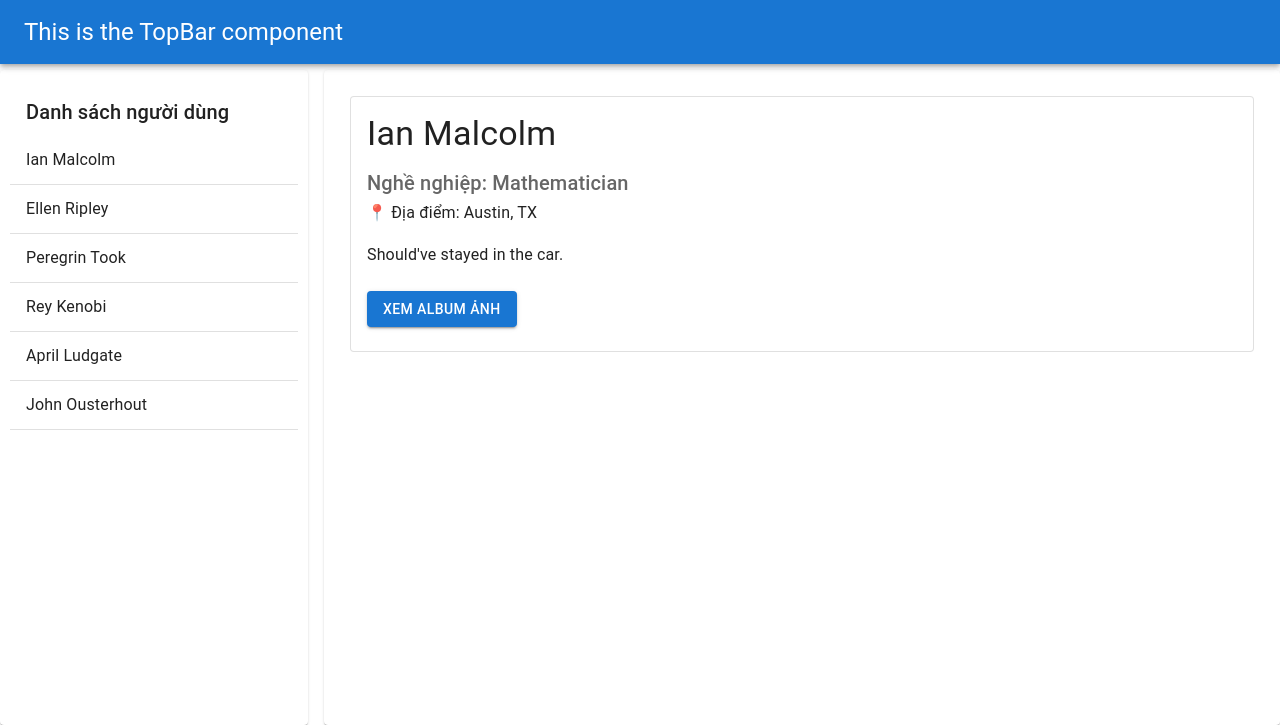
Repository: RubyScarIet/TruocKetThucLab2
Page: /users/57231f1a30e4351f4e9f4bd7
An editor plug-in stored every save of this project. The page is shown before and after the next save, followed by the edit.
The browser window is 1280 px wide. The pictures show the whole page.
The project was rebuilt for these pictures with package versions that can differ from the ones it lists, and the page was loaded fresh each time. Also part of the build but not shown: src/modelData/models.js, src/components/UserPhotos/index.jsx.

Above is the page before, as saved 2026-04-05 08:44:22.

### src/App.js
import './App.css';

import React from "react";
import { Grid, Typography, Paper } from "@mui/material";
import { BrowserRouter as Router, Route, Routes } from "react-router-dom";

import TopBar from "./components/TopBar";
import UserDetail from "./components/UserDetail";
import UserList from "./components/UserList";
import UserPhotos from "./components/UserPhotos";

const App = (props) => {
  return (
      <Router>
        <div>
          <Grid container spacing={2}>
            <Grid item xs={12}>
              <TopBar />
            </Grid>
            <div className="main-topbar-buffer" />
            <Grid item sm={3}>
              <Paper className="main-grid-item">
                <UserList />
              </Paper>
            </Grid>
            <Grid item sm={9}>
              <Paper className="main-grid-item">
                <Routes>
                  <Route
                      path="/users/:userId"
                      element = {<UserDetail />}
                  />
                  <Route
                      path="/photos/:userId"
                      element = {<UserPhotos />}
                  />
                  <Route path="/users" element={<UserList />} />
                </Routes>
              </Paper>
            </Grid>
          </Grid>
        </div>
      </Router>
  );
}

export default App;

### src/App.css
.main-topbar-buffer {
  margin-top: 70px;
}

.main-grid-item {
  height: calc(100vh - 85px);
  padding: 10px;
}

### src/components/TopBar/index.jsx
import React from "react";
import { AppBar, Toolbar, Typography } from "@mui/material";

import "./styles.css";

/**
 * Define TopBar, a React component of Project 4.
 */
function TopBar () {
    return (
      <AppBar className="topbar-appBar" position="absolute">
        <Toolbar>
          <Typography variant="h5" color="inherit">
            This is the TopBar component
          </Typography>
        </Toolbar>
      </AppBar>
    );
}

export default TopBar;

### src/components/UserDetail/index.jsx
import React from "react";
import { Typography, Button, Card, CardContent, Box } from "@mui/material";
import { Link, useParams } from "react-router-dom";

import "./styles.css";
import models from "../../modelData/models";

/**
 * Define UserDetail, a React component of Project 4.
 */
function UserDetail() {
  // 1. Lấy userId từ URL (ví dụ: /users/650...)
  const { userId } = useParams();

  // 2. Lấy dữ liệu chi tiết của người dùng từ model
  const user = models.userModel(userId);

  // Trường hợp không tìm thấy user (phòng lỗi deep link sai ID)
  if (!user) {
    return <Typography variant="h6">Không tìm thấy thông tin người dùng.</Typography>;
  }

  return (
    <Box sx={{ p: 2 }}>
      <Card variant="outlined">
        <CardContent>
          {/* Hiển thị Tên đầy đủ */}
          <Typography variant="h4" gutterBottom>
            {`${user.first_name} ${user.last_name}`}
          </Typography>

          {/* Hiển thị Nghề nghiệp và Địa chỉ */}
          <Typography variant="h6" color="text.secondary">
            Nghề nghiệp: {user.occupation}
          </Typography>
          <Typography variant="subtitle1" sx={{ mb: 2 }}>
            📍 Địa điểm: {user.location}
          </Typography>

          {/* Hiển thị Mô tả bản thân */}
          <Typography variant="body1" sx={{ whiteSpace: "pre-line", mb: 3 }}>
            {user.description}
          </Typography>

          {/* Nút bấm để xem ảnh của người này - Yêu cầu quan trọng của bài Lab */}
          <Button
            variant="contained"
            color="primary"
            component={Link}
            to={`/photos/${userId}`}
          >
            Xem Album Ảnh
          </Button>
        </CardContent>
      </Card>
    </Box>
  );
}

export default UserDetail;

### src/components/UserList/index.jsx
import React from "react";
import {
  Divider,
  List,
  ListItem,
  ListItemText,
  Typography,
} from "@mui/material";
import { Link } from "react-router-dom"; // Import Link để điều hướng [cite: 20]

import "./styles.css";
import models from "../../modelData/models";

/**
 * Define UserList, a React component of Project 4.
 */
function UserList() {
  // Lấy danh sách người dùng từ model data [cite: 68]
  const users = models.userListModel();

  return (
    <div>
      <Typography variant="h6" style={{ padding: "16px", paddingBottom: "0" }}>
        Danh sách người dùng
      </Typography>
      <List component="nav">
        {users.map((item) => (
          <React.Fragment key={item._id}>
            {/* - component={Link}: Biến ListItem thành thẻ <a> của React Router [cite: 30]
              - to: Đường dẫn đích dựa trên ID của người dùng [cite: 19]
            */}
            <ListItem button component={Link} to={`/users/${item._id}`}>
              <ListItemText
                primary={`${item.first_name} ${item.last_name}`}
              />
            </ListItem>
            <Divider />
          </React.Fragment>
        ))}
      </List>
    </div>
  );
}

export default UserList;

### src/components/TopBar/styles.css
.topbar-appBar {
  height: 60;
  justify-content: "center";
}

Loaded but not shown: public/index.html (common file); src/index.js (common file); src/index.css (common file); src/reportWebVitals.js (common file); src/components/UserDetail/styles.css (no stored copy; drawn as an empty file); src/components/UserList/styles.css (no stored copy; drawn as an empty file); src/components/UserPhotos/styles.css (no stored copy; drawn as an empty file)

After the next save:
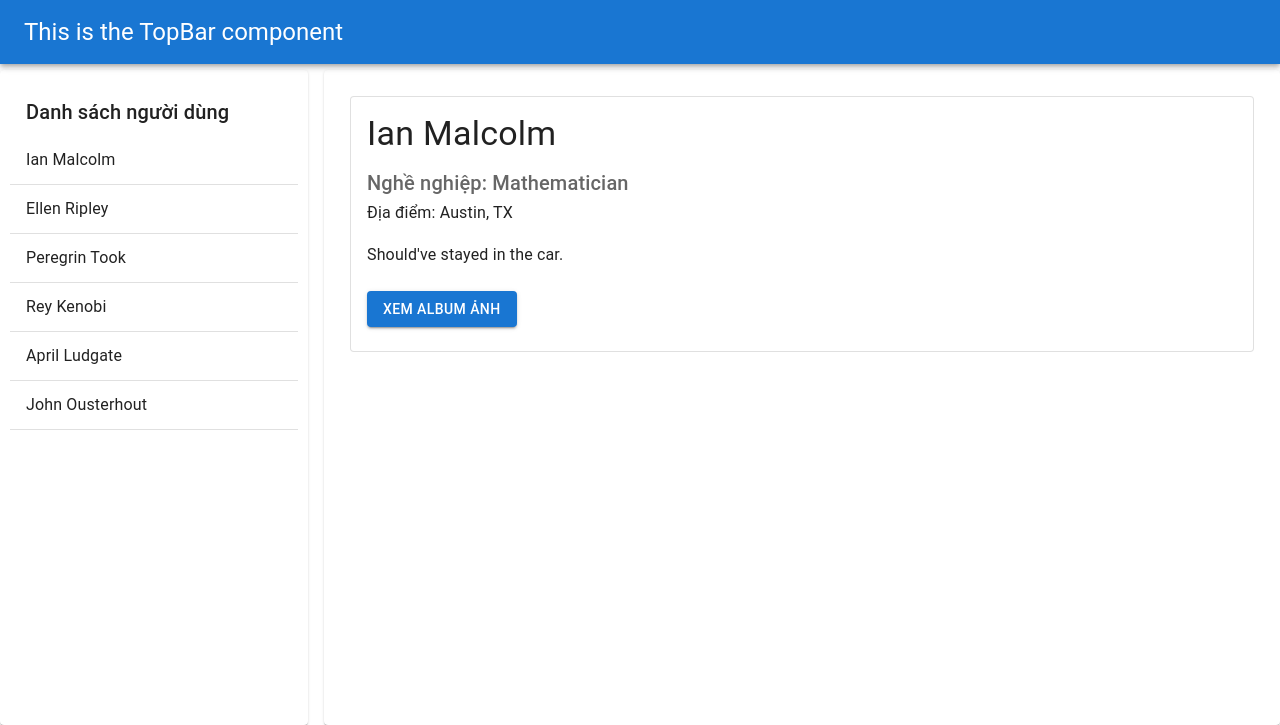
Saved 31 s later.
--- a/src/components/UserDetail/index.jsx
+++ b/src/components/UserDetail/index.jsx
@@ -34,7 +34,7 @@ function UserDetail() {
             Nghề nghiệp: {user.occupation}
           </Typography>
           <Typography variant="subtitle1" sx={{ mb: 2 }}>
-            📍 Địa điểm: {user.location}
+            Địa điểm: {user.location}
           </Typography>
 
           {/* Hiển thị Mô tả bản thân */}
